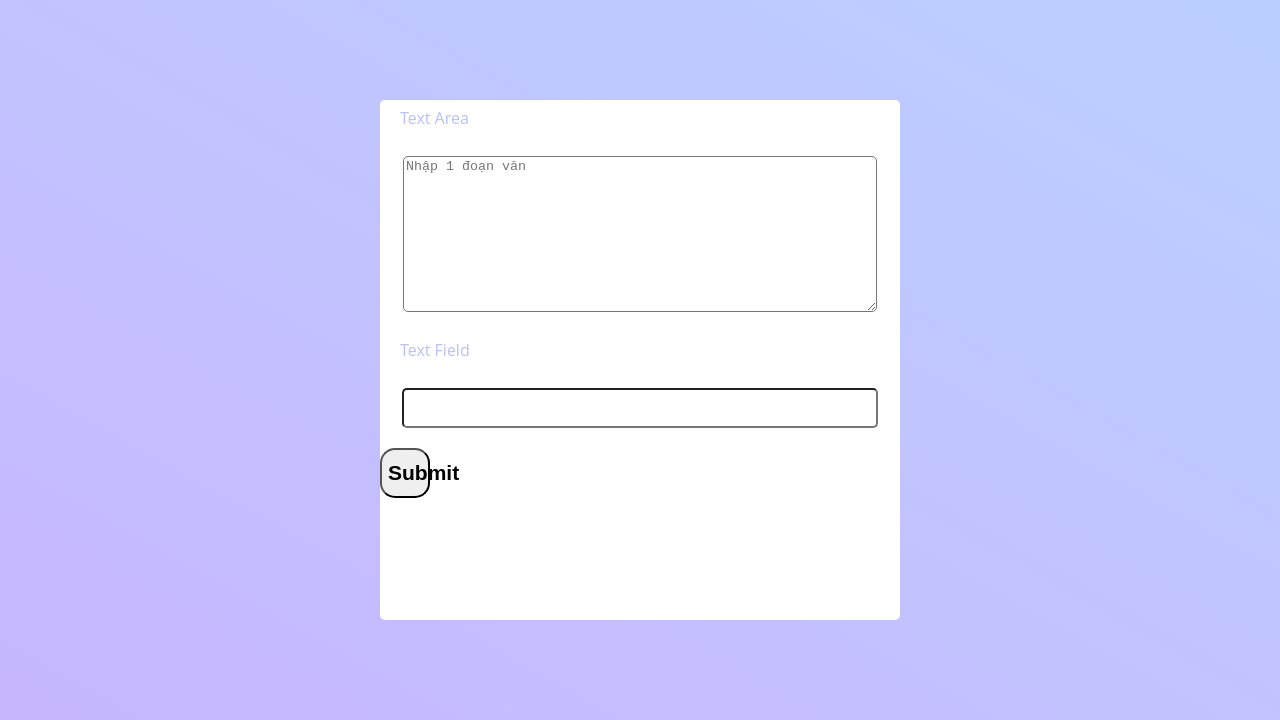
Repository: letrongtinh27/LapTrinhWeb
Page: Lab4.4/index.html
The author's editor kept a copy of each file at every save. The page is drawn from the files as they stood at one save, then again after the next save.
The browser window is 1280 px wide. The pictures show the whole page.

Above is the page before, as saved 2022-10-14 19:58:11.

After the next save:
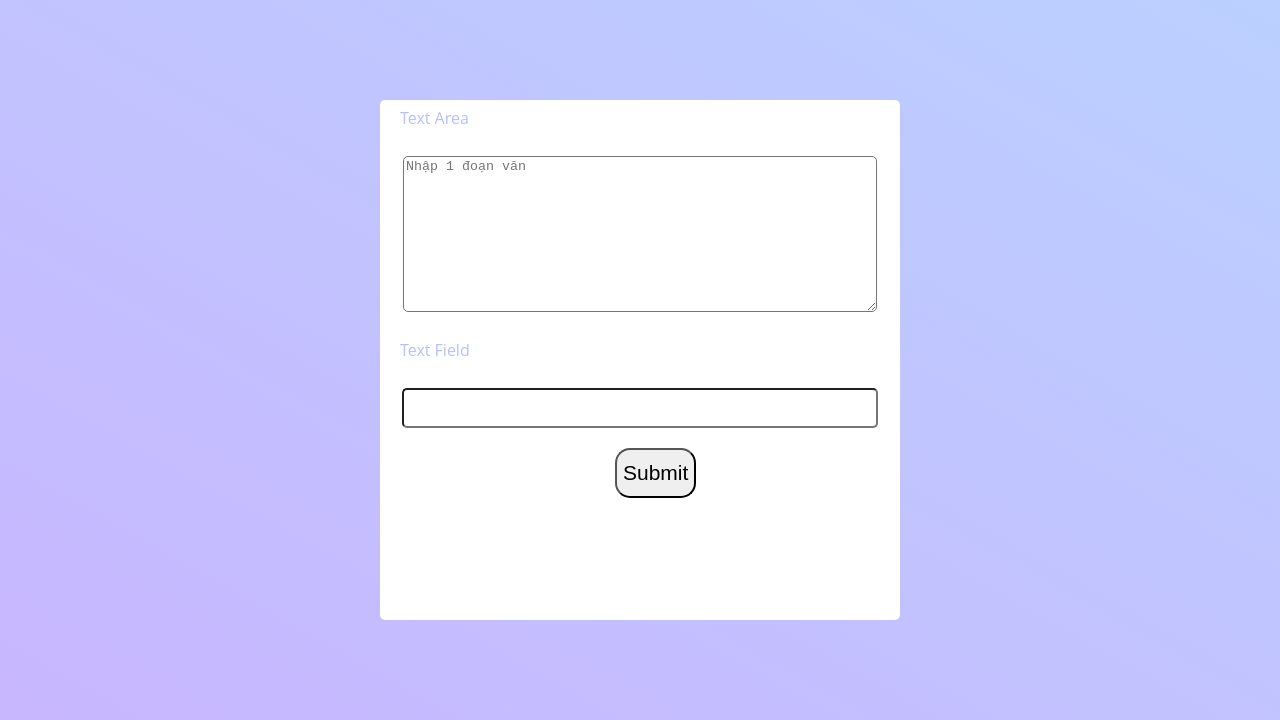
Saved 9 s later.
--- a/Lab4.4/style.css
+++ b/Lab4.4/style.css
@@ -33,6 +33,9 @@ body {
 .btn-input{
     display: flex;
     margin: 0 auto;
+    width: 50px;
+    height: 50px;
+    font-weight: 800;
 
 }
 
@@ -40,9 +43,6 @@ body {
     border-radius: 15px;
     cursor: pointer;
     font-size: 21px;
-    width: 50px;
-    height: 50px;
-    font-weight: 800;
 }
 
 #btn:hover {
